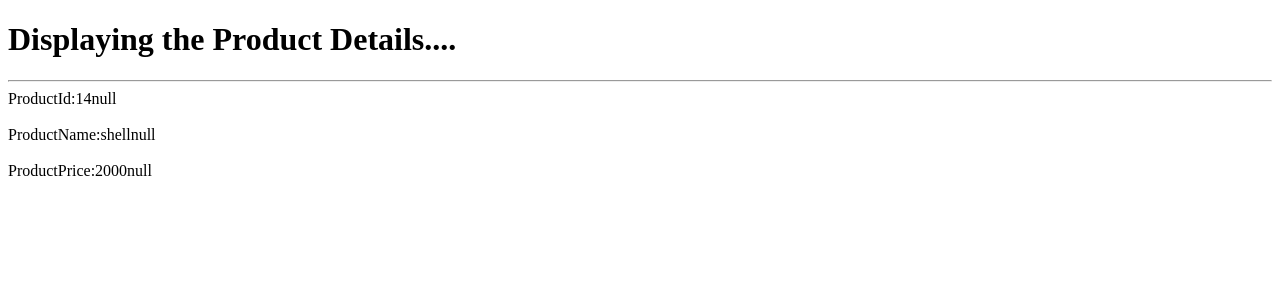
Repository: balinenibhanuprakash444/projects-All-Phases
Page: http://localhost/RetrievingtheProductDetails/dispaly.jsp
These files come from the project's save history. The page is drawn as it stood at one moment and after the next save; the edit follows.
The browser window is 1280 px wide. The pictures show the whole page.
The page is served by Tomcat 9.

Above is the page before, as saved 2022-03-22 14:13:32.

After the next save:
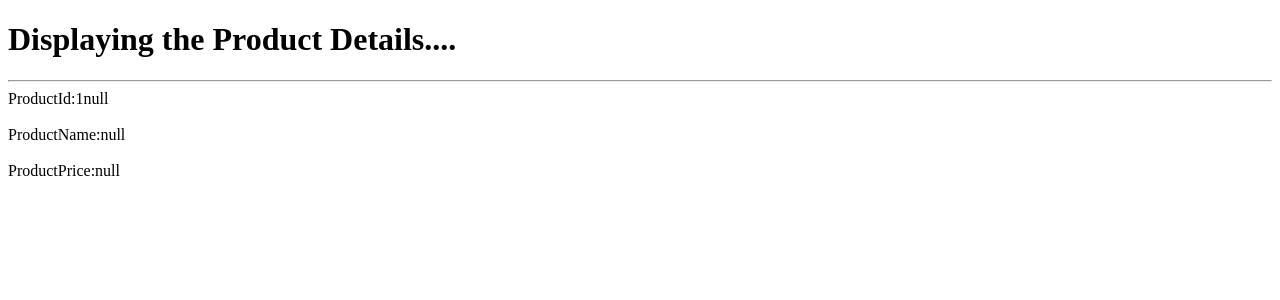
Saved 27 s later.
--- a/RetrievingtheProductDetails/src/main/webapp/dispaly.jsp
+++ b/RetrievingtheProductDetails/src/main/webapp/dispaly.jsp
@@ -9,11 +9,11 @@
 <body>
 <h1>Displaying the Product Details....</h1>
 <hr>
-<%= "ProductId:14" + session.getAttribute("pid") %> <br> <br>
+<%= "ProductId:1" + session.getAttribute("pid") %> <br> <br>
 
-<%= "ProductName:shell" +session.getAttribute("pname") %>  <br> <br>
+<%= "ProductName:" +session.getAttribute("pname") %>  <br> <br>
 
-<%= "ProductPrice:2000" + session.getAttribute("pprice") %>
+<%= "ProductPrice:" + session.getAttribute("pprice") %>
 </hr>
 
 
